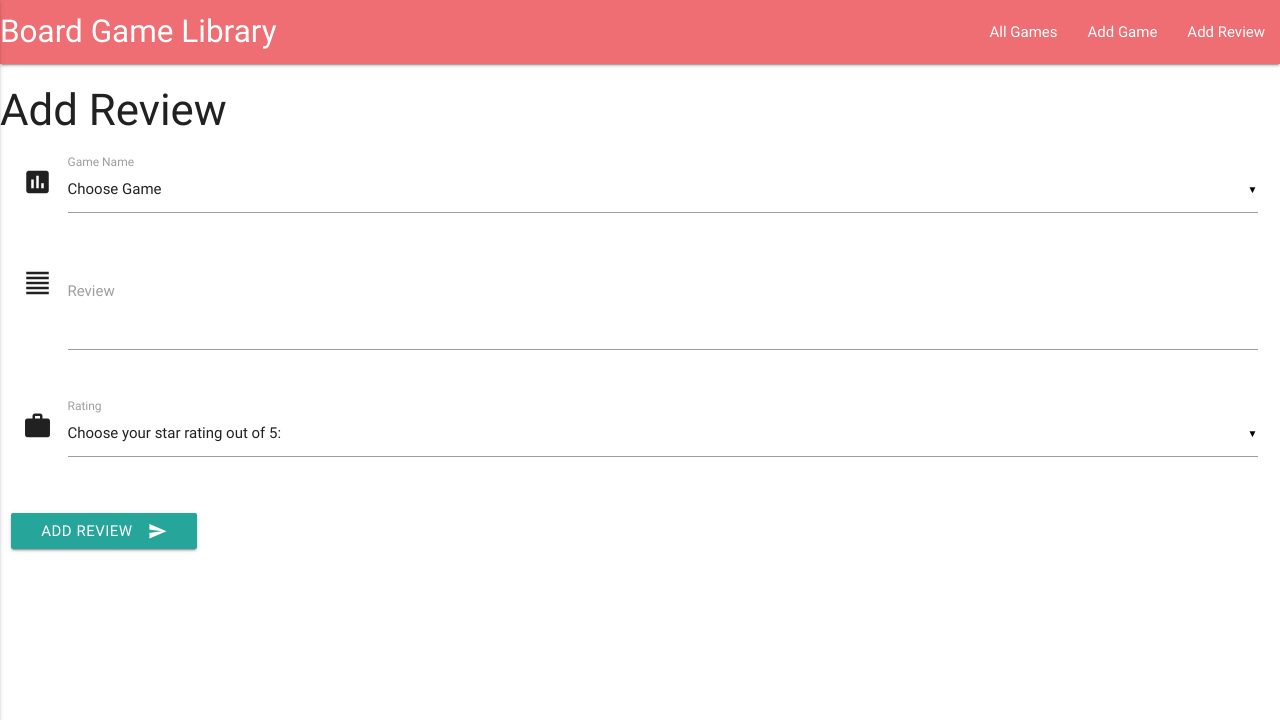
Repository: arcorco/dcd-milestone
Page: http://localhost/add_review
The author's editor kept a record of every edit. The page is drawn from the files as they stood at one moment, then again after the next edit.
The browser window is 1280 px wide. The pictures show the whole page.
Some web libraries are served in a nearby version. The page is served by the project's application, run on Flask 3 (app.py). Queries for data that is not in the repository find no rows.

Above is the page before.

After the next edit:
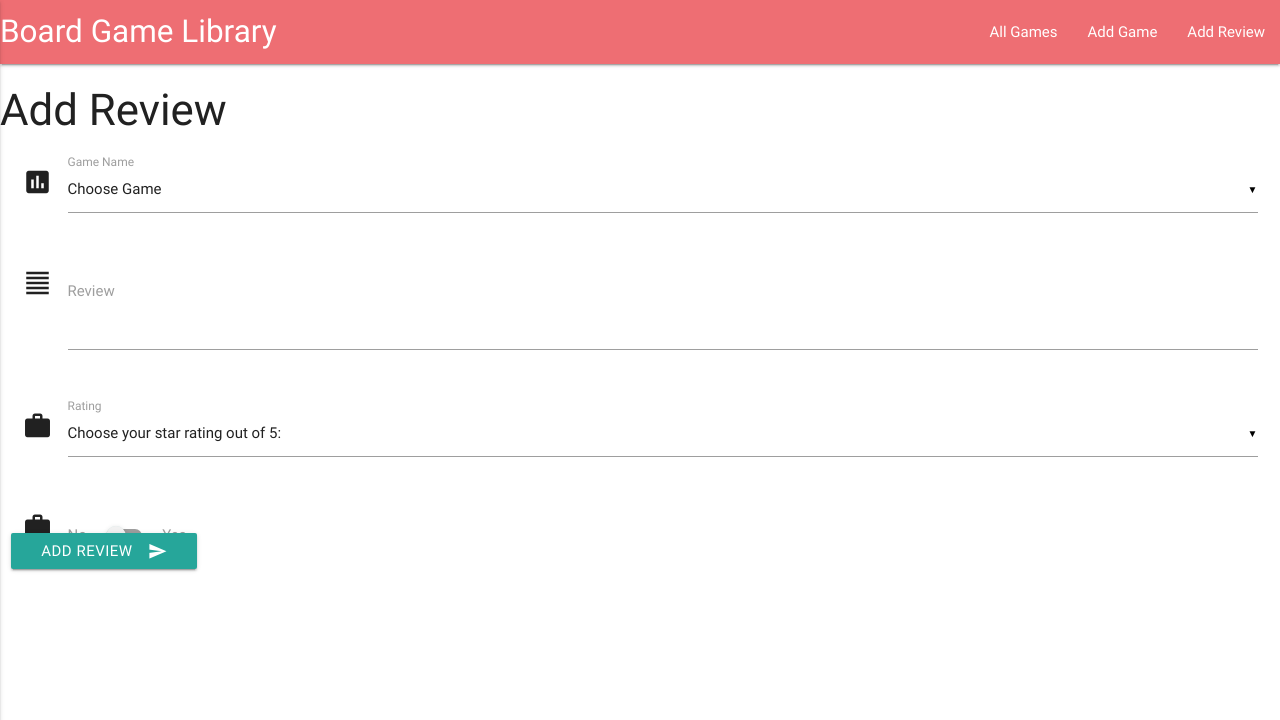
The edit:
--- a/templates/addreview.html
+++ b/templates/addreview.html
@@ -38,14 +38,15 @@
         </div>
         <div class="row">
             <div class="input-field col s12">
-            <div class="switch">
-                <i class="material-icons prefix">work</i>
-                <label>
+                <div class="switch">
+                    <i class="material-icons prefix">work</i>
+                    <label>
       No
       <input type="checkbox">
       <span class="lever"></span>
       Yes
     </label>
+                </div>
             </div>
         </div>
         <div class="row">
